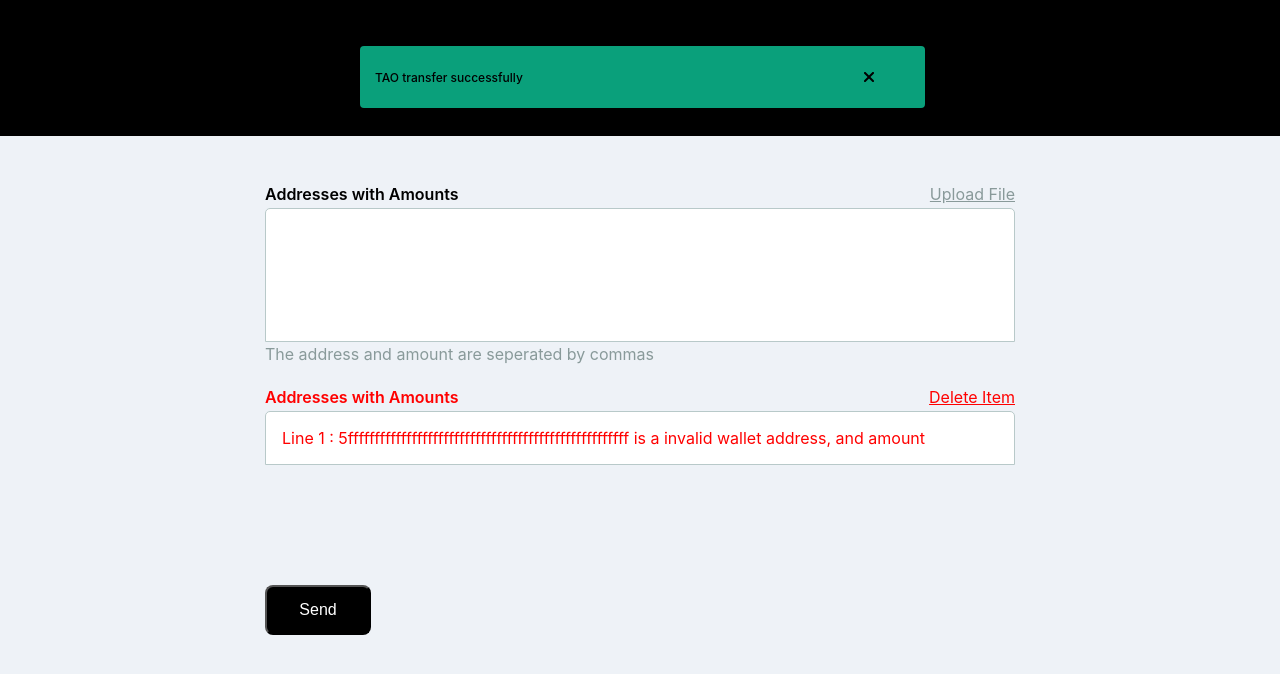
Repository: Dawid-Ace/batch_transfer_tao_master_ui
Page: /
These files come from the project's save history. The page is drawn as it stood at one moment and after the next save; the edit follows.
The browser window is 1280 px wide. The pictures show the whole page.
The project was rebuilt for these pictures with package versions that can differ from the ones it lists, and the page was loaded fresh each time.

Above is the page before, as saved 2023-05-10 04:57:36.

After the next save:
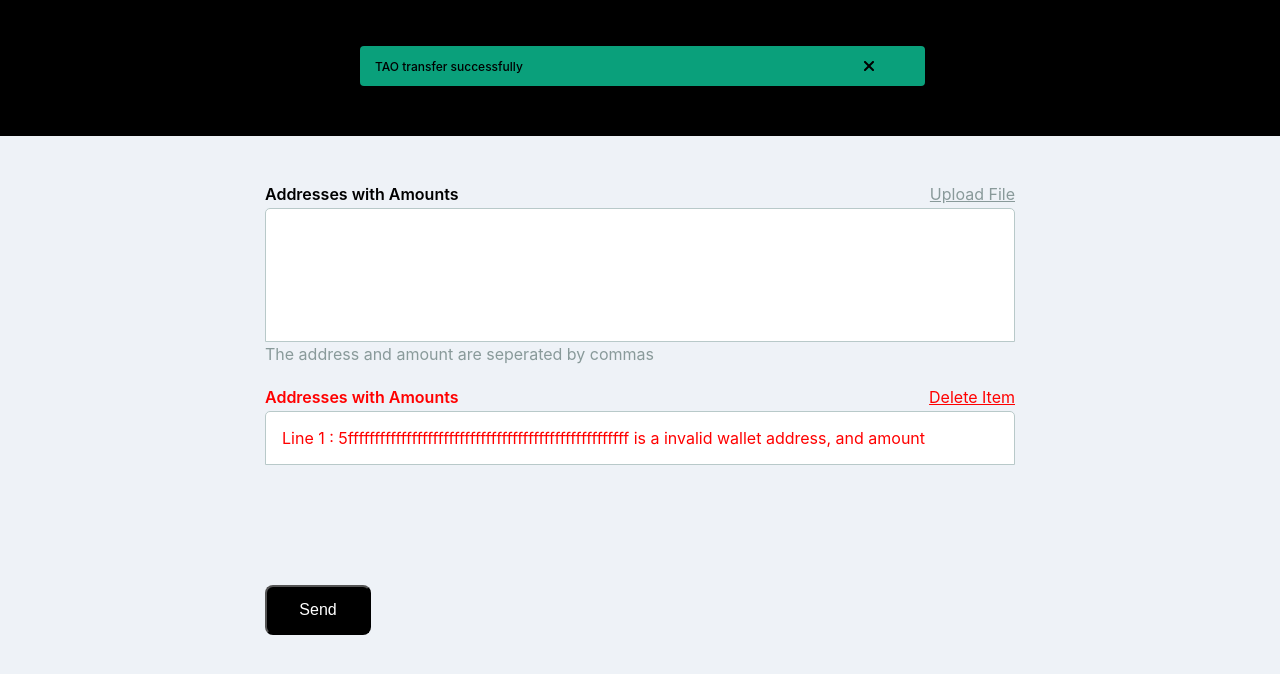
Saved 36 s later.
--- a/src/components/TransferForm/index.jsx
+++ b/src/components/TransferForm/index.jsx
@@ -160,8 +160,6 @@
     font-size: 12px;
 
 
-    padding-top: 11px;
-    padding-bottom: 11px;
     padding-left:15px;
     padding-right: 50px;
 
